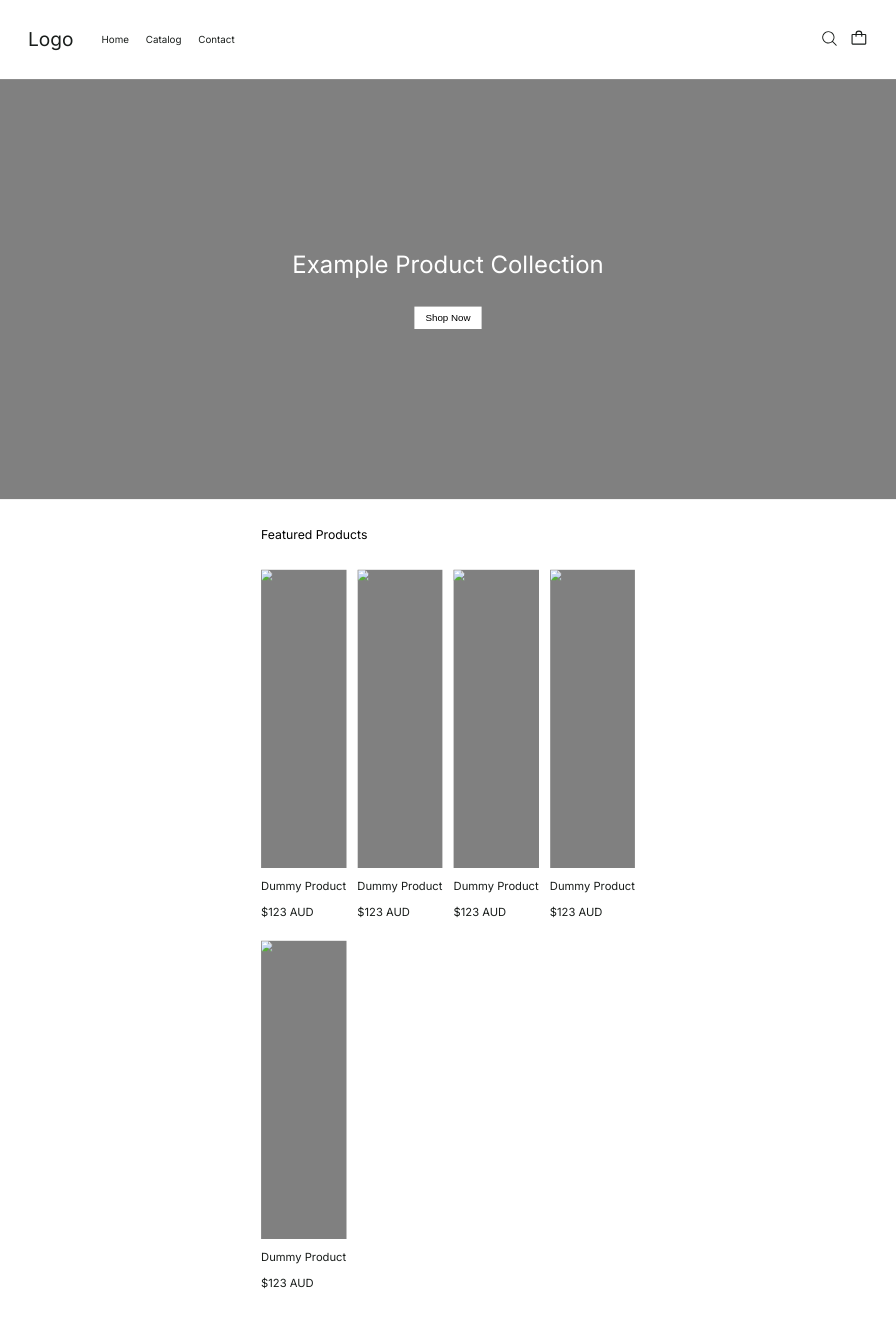
Repository: David-Waite/ecommercefrontendTemplate
Page: /
These files come from the project's save history. The page is drawn as it stood at one moment and after the next save; the edit follows.
The browser window is 1280 px wide. The pictures show the part of the page from y = 0 to 1920 px (the page is 2655 px tall before and 1975 px after), at 70% of full size.
The project was rebuilt for these pictures with package versions that can differ from the ones it lists, and the page was loaded fresh each time. The framework's server and built-in components were replaced by stand-ins that run in the browser. Also part of the build but not shown: next.config.js.

Above is the page before, as saved 2023-08-24 20:36:06.

After the next save:
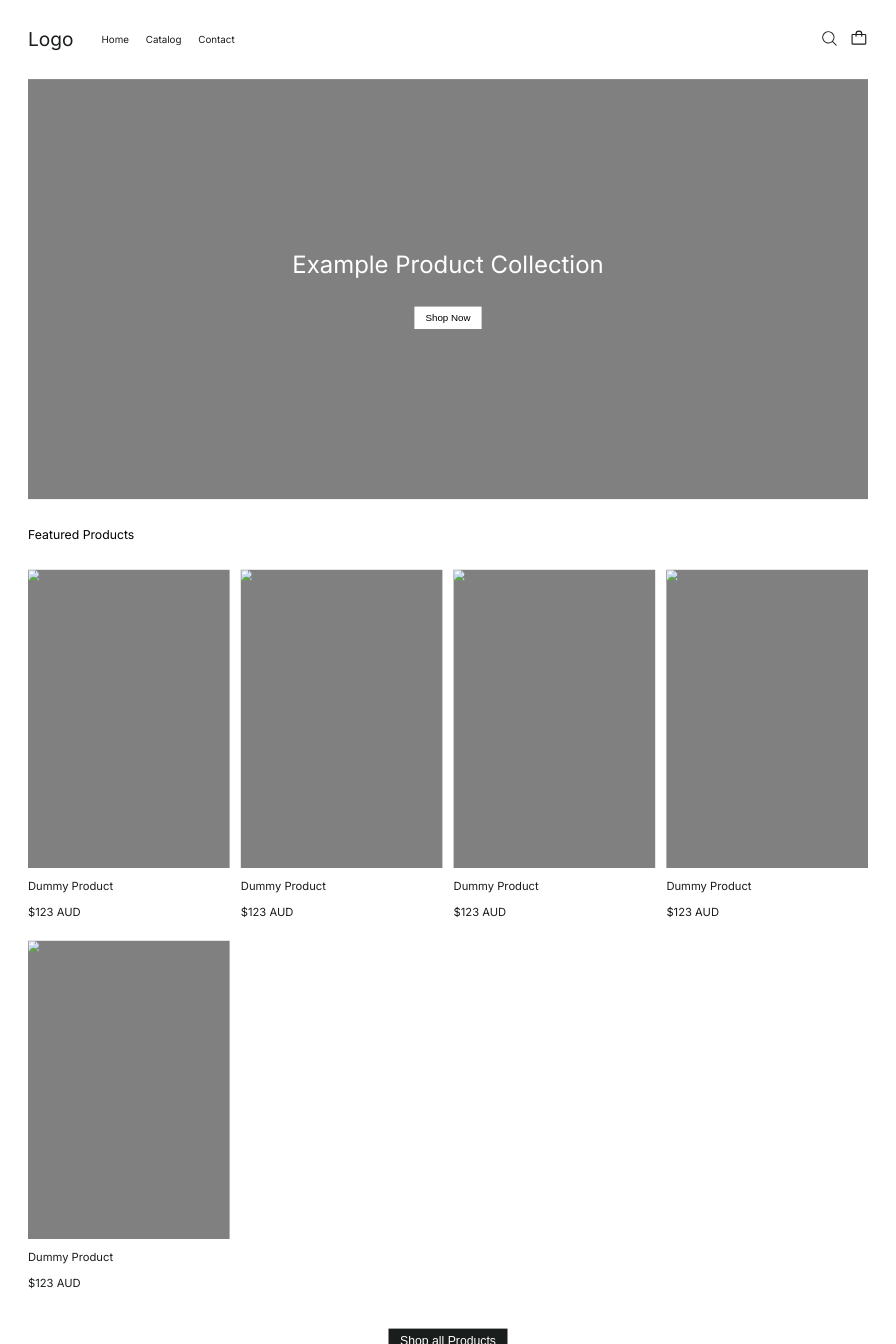
Saved 17 s later.
--- a/app/page.module.css
+++ b/app/page.module.css
@@ -1,12 +1,9 @@
 .main {
   margin: 0px auto;
-  display: flex;
-  flex-direction: column;
-  align-items: center;
+  padding: 0px 40px;
+  max-width: calc(var(--max-width) + 80px);
 }
 .heroImage {
-  padding: 0px 40px;
-  max-width: calc(var(--max-width) + 80px);
   width: 100%;
   height: 600px;
   background-color: grey;
@@ -24,7 +21,6 @@
 }
 
 .featuredProductsContainer {
-  max-width: calc(var(--max-width) + 80px);
   margin: 40px 0;
   display: flex;
   flex-direction: column;
@@ -43,8 +39,7 @@
 }
 
 .imageCollage {
-  height: 600px;
-
+  height: 00px;
   width: 100%;
 
   left: 0;
